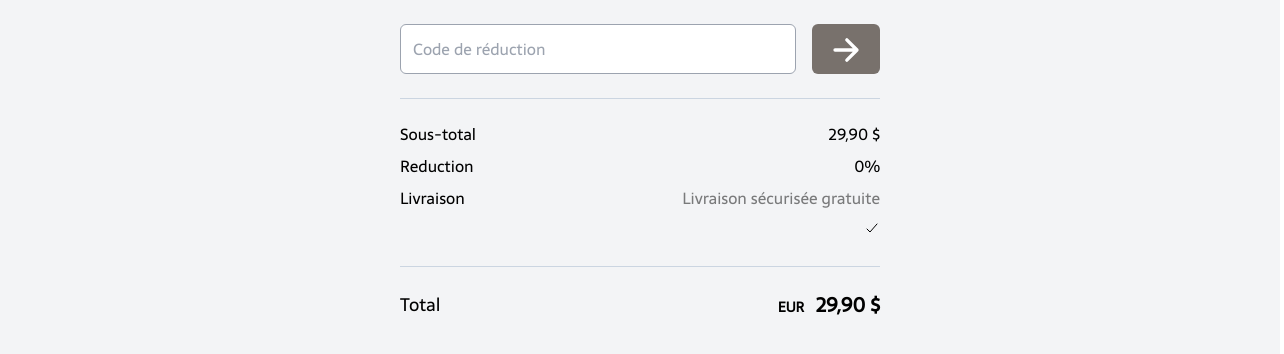
Repository: darlino/gotyu_shopify_section
Page: reduction_input210223/index.html
These files come from the project's save history. The page is drawn as it stood at one moment and after the next save; the edit follows.
The browser window is 1280 px wide. The page is 1280 px wide, then 1284 px, then 1280 px, so the pictures cover 1284 px, including what lies to the right of the window. The pictures show the whole page.
Some web libraries are served in a nearby version.

Above is the page before, as saved 2023-02-21 22:38:52.

After the next save:
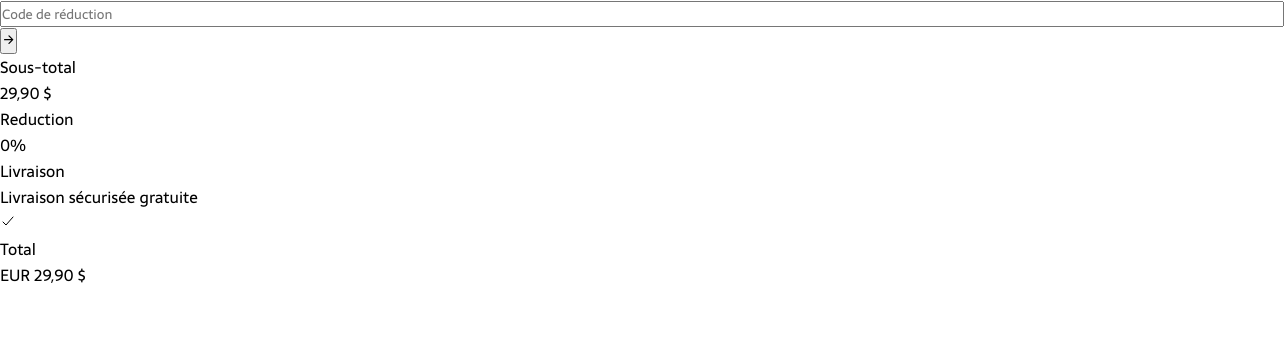
Saved 27 s later.
--- a/reduction_input210223/index.html
+++ b/reduction_input210223/index.html
@@ -12,7 +12,7 @@
       rel="stylesheet"
     />
     <link rel="stylesheet" href="style.css" />
-    <script src="https://cdn.tailwindcss.com"></script>
+
     <script
       type="module"
       src="https://unpkg.com/ionicons@5.5.2/dist/ionicons/ionicons.esm.js"

After the save that followed:
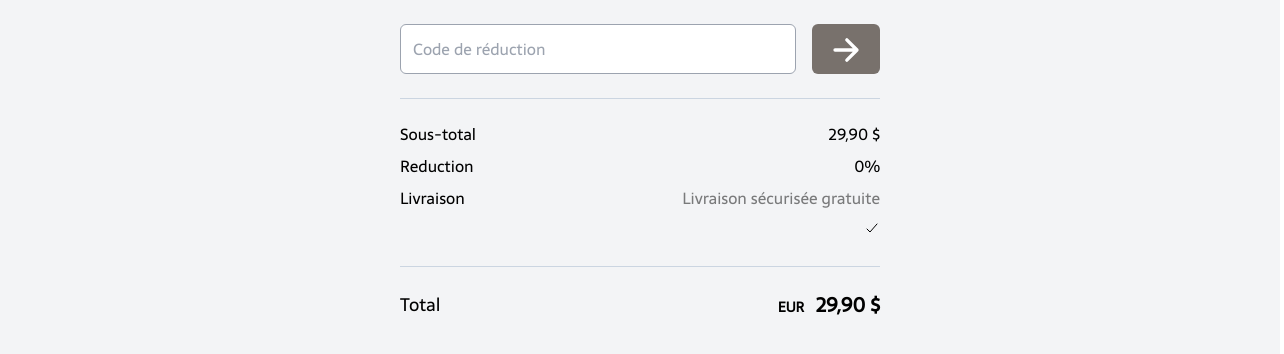
Saved 9 s later.
--- a/reduction_input210223/index.html
+++ b/reduction_input210223/index.html
@@ -12,7 +12,7 @@
       rel="stylesheet"
     />
     <link rel="stylesheet" href="style.css" />
-
+    <script src="https://cdn.tailwindcss.com"></script>
     <script
       type="module"
       src="https://unpkg.com/ionicons@5.5.2/dist/ionicons/ionicons.esm.js"
